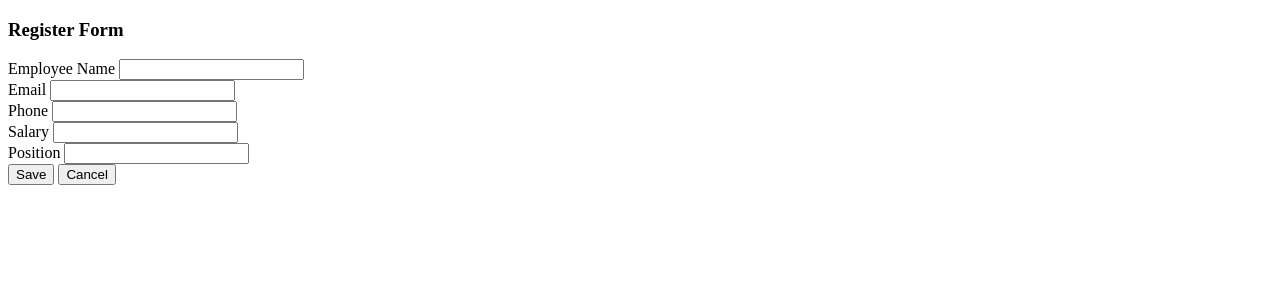
Repository: zuzinmeko/maven_project
Page: http://localhost/04-employee-scope/
An editor plug-in stored every save of this project. The page is shown before and after the next save, followed by the edit.
The browser window is 1280 px wide. The pictures show the whole page.
The page is served by Tomcat 9. Other server files are loaded and not shown.

Above is the page before, as saved 2020-12-16 13:50:41.

### 04-employee-scope/src/main/webapp/index.jsp
<%@ page language="java" contentType="text/html; charset=ISO-8859-1"
    pageEncoding="ISO-8859-1"%>
<!DOCTYPE html>
<html>
<head>
<meta charset="ISO-8859-1">
<title>Employee Information</title>
</head>
<body>
<div class="container">
			<div class="row mt-3">
				<div class="col-6 offset-3">
					<div class="card">
						<div class="card-header">
						<h3>Register Form</h3>
						</div>

					</div>
					<div class="card-body">
					<form action="save" class="form" method="post">
					<div class="form-group">
					<label for="">Employee Name</label>
					<input type="text" name="name" class="form-control" />
					</div>
					<div class="form-group">
					<label for=""> Email</label>
					<input type="email" name="email" class="form-control" />
					</div>
					<div class="form-group">
					<label for="">Phone</label>
					<input type="number" name="phone" class="form-control" />
					</div>
					<div class="form-group">
					<label for="">Salary</label>
					<input type="number" name="salary" class="form-control" />
					</div>
					<div class="form-group">
					<label for="">Position</label>
					<input type="text" name="position" class="form-control" />
					</div>
					<button type="submit" class="btn btn-primary">Save</button>
					<button type="submit" class="btn btn-danger">Cancel</button>
				</form>
				</div>
				</div>
			</div>
		</div>
</body>
</html>

After the next save:
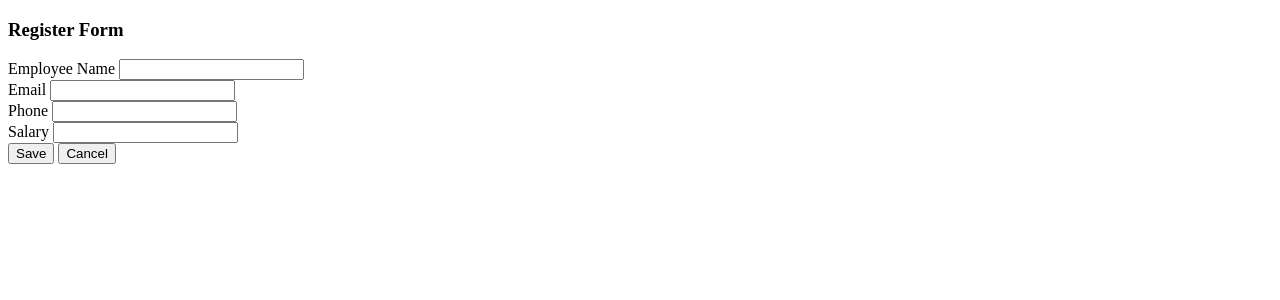
Saved 2 min 14 s later.
--- a/04-employee-scope/src/main/webapp/index.jsp
+++ b/04-employee-scope/src/main/webapp/index.jsp
@@ -34,10 +34,7 @@
 					<label for="">Salary</label>
 					<input type="number" name="salary" class="form-control" />
 					</div>
-					<div class="form-group">
-					<label for="">Position</label>
-					<input type="text" name="position" class="form-control" />
-					</div>
+
 					<button type="submit" class="btn btn-primary">Save</button>
 					<button type="submit" class="btn btn-danger">Cancel</button>
 				</form>
